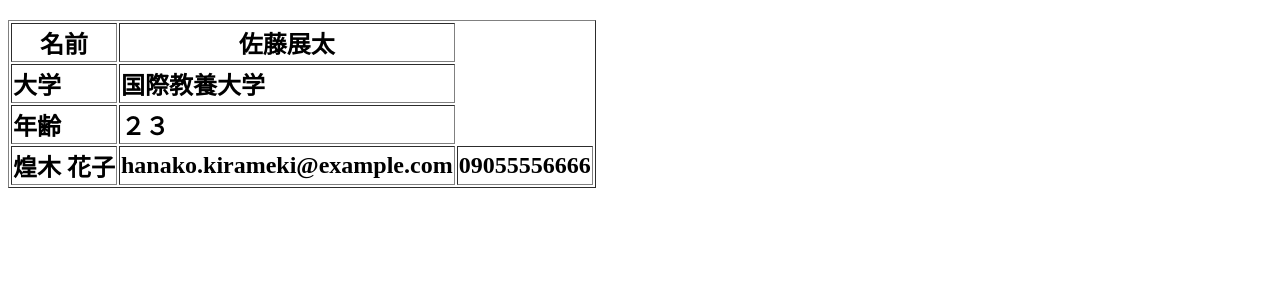
Repository: tentasato/rapmaker
Page: selfintro.html
The author's editor kept a record of every edit. The page is drawn from the files as they stood at one moment, then again after the next edit.
The browser window is 1280 px wide. The pictures show the whole page.

Above is the page before.

### selfintro.html
<!DOCTYPE html>
<html lang="ja">
    <head>
        <meta charset="utf-8">
        <title>自己紹介</title>
    </head>
    <body>
         <div id="main">
            <section>
                <h1><table border="1">
    <thead>
        <tr>
            <th>名前</th>
            <th>佐藤展太</th>
        </tr>
    </thead>
    <tbody>
        <tr>
            <td>大学</td>
            <td>国際教養大学</td>
        </tr>
        <tr>
            <td>年齢</td>
            <td>２３</td>
        </tr>
        <tr>
            <td>煌木 花子</td>
            <td>hanako.kirameki@example.com</td>
            <td>09055556666</td>
        </tr>
    </tbody>
</table>
</h1>
            </section>
        </div>
    </body>
</html>

After the next edit:
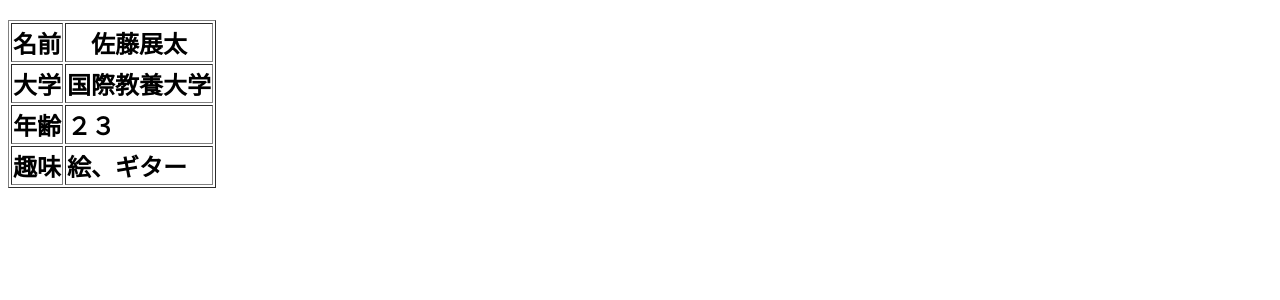
The edit:
--- a/selfintro.html
+++ b/selfintro.html
@@ -24,9 +24,8 @@
             <td>２３</td>
         </tr>
         <tr>
-            <td>煌木 花子</td>
-            <td>hanako.kirameki@example.com</td>
-            <td>09055556666</td>
+            <td>趣味</td>
+            <td>絵、ギター</td>
         </tr>
     </tbody>
 </table>
